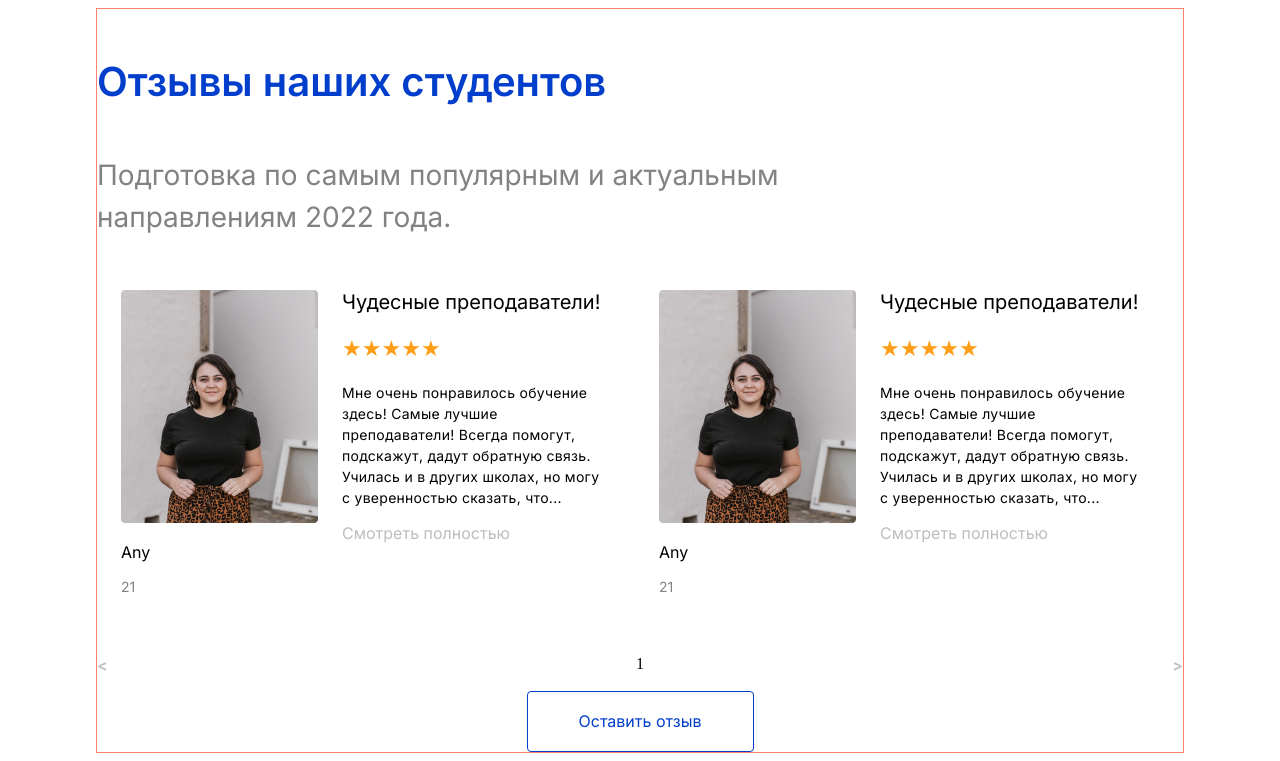
Repository: Malvuna/Studi
Page: index.html
These files come from the project's save history. The page is drawn as it stood at one moment and after a run of saves; the edit follows.
The browser window is 1280 px wide. The pictures show the whole page.

Above is the page before, as saved 2022-07-11 18:08:23.

### index.html

<!DOCTYPE html>
<html lang="en">
  <head>
    <meta charset="UTF-8" />
    <meta http-equiv="X-UA-Compatible" content="IE=edge" />
    <meta name="viewport" content="width=device-width, initial-scale=1.0" />
    <link rel="stylesheet" href="./css/style.css" />
    <link rel="preconnect" href="https://fonts.googleapis.com">
    <link rel="preconnect" href="https://fonts.gstatic.com" crossorigin>
    <link href="https://fonts.googleapis.com/css2?family=Caveat:wght@400;600;700&family=Inter:wght@400;600;700&display=swap" rel="stylesheet">
  <body>
    <header>
    </header>

    <main>
      <div id="container" class="container">

      <p class="h1">Отзывы наших студентов</p>
      <p class="head">Подготовка по самым популярным и актуальным </br> направлениям 2022 года.</p>
      <div id="divAllCard"> </div>
      <div id="navigator" class="navigator">
        <p class="arrow"><</p>
        <p>1</p>
        <p class="arrow">></p>
      </div>
      <button class="button">Оставить отзыв</button>

    </div>
    </main>


    <footer>

    </footer>

  </body>
  <script type="module" src="./javascript/javascript.js"></script>
</html>

### css/style.css
body {
  background-color: white;
}

.container {
  width: 1086px;
  border: 1px salmon solid;
  text-align: left;
  margin: 0 auto
}

.h1 {
  font-family: "Inter";
  font-style: normal;
  font-weight: 600;
  font-size: 40px;
  line-height: 65px;
  color: #003ecb;
}

.head {
  font-family: "Inter";
  font-style: normal;
  font-weight: 400;
  font-size: 28px;
  line-height: 42px;
  color: #828282;
}

.divAllCard {
  display: flex;
}

.divOneCard {
  width: 490px;
  height: 325px;
  background-color: white;
  display: flex;
  padding: 24px 24px;
}

.textName {
  font-family: "Inter";
  font-style: normal;
  font-weight: 400;
  font-size: 16px;
  line-height: 19px;
  color: #000000;
}

.textAge {
  font-family: "Inter";
  font-style: normal;
  font-weight: 400;
  font-size: 14px;
  line-height: 17px;
  color: #828282;
}

.cardRight {
  padding-left: 24px;
}


.textHead {
  font-family: "Inter";
  font-style: normal;
  font-weight: 500;
  font-size: 20px;
  line-height: 24px;
  color: #000000;
  margin-top: 0;
}

.textStar {
  font-family: "Inter";
  font-style: normal;
  font-weight: 500;
  font-size: 22px;
  line-height: 24px;
  color: #fe9d17;
}

.textText {
  font-family: "Inter";
  font-style: normal;
  font-weight: 400;
  font-size: 14px;
  line-height: 21px;
  letter-spacing: 0.02em;
  color: #000000;
}

.textAll {
  font-family: "Inter";
  font-style: normal;
  font-weight: 400;
  font-size: 16px;
  line-height: 19px;
  color: #bdbdbd;
}

.navigator{
    display: flex;
    justify-content: space-between;
}

.arrow {
    font-family: "Inter";
  font-style: normal;
  font-weight: 600;
  font-size: 16px;
  color: #bdbdbd;
}

.button {
  width: 227px;
  height: 61px;

  background: #ffffff;
  border: 1px solid #003ecb;
  border-radius: 4px;

  font-family: "Inter";
  font-style: normal;
  font-weight: 500;
  font-size: 16px;
  line-height: 45px;
  color: #003ecb;

  margin: 0 auto;
  display: block;
}

### javascript/javascript.js
//Общий контейнер
let container = document.querySelector("#container");

//див с карточками
let divAllCard = document.querySelector("#divAllCard");
divAllCard.className = "divAllCard";

//див одной карточки
let divOneCard = document.createElement("div");
divOneCard.className = "divOneCard";
divAllCard.append(divOneCard);


//карточка левый блок
let cardLeft = document.createElement("div");
divOneCard.append(cardLeft);

let cardImg = document.createElement("img");
cardImg.src = "/img/Photo.jpg"
cardLeft.append(cardImg);

let textName = document.createElement("p");
textName.innerHTML = "Any";
textName.className = "textName";
cardLeft.append(textName);

let textAge = document.createElement("p");
textAge.innerHTML = "21";
textAge.className = "textAge";
cardLeft.append(textAge);

//карточка парвый блок
let cardRight = document.createElement("div");
cardRight.className = "cardRight";
divOneCard.append(cardRight);

let textHead = document.createElement("p");
textHead.innerHTML = "Чудесные преподаватели!";
textHead.className = "textHead";
cardRight.append(textHead);

let textStar = document.createElement("p");
textStar.innerHTML = "★★★★★";
textStar.className = "textStar";
cardRight.append(textStar);

let textText = document.createElement("p");
textText.innerHTML = "Мне очень понравилось  обучение здесь! Самые лучшие преподаватели! Всегда помогут, подскажут, дадут обратную связь. Училась и в других школах, но могу с уверенностью сказать, что...";
textText.className = "textText";
cardRight.append(textText);

let textAll = document.createElement("p");
textAll.innerHTML = "Смотреть полностью";
textAll.className = "textAll";
cardRight.append(textAll);


// вторая карточка
var divTwoCard = divOneCard.cloneNode(true);
divAllCard.append(divTwoCard);

After the next 3 saves:
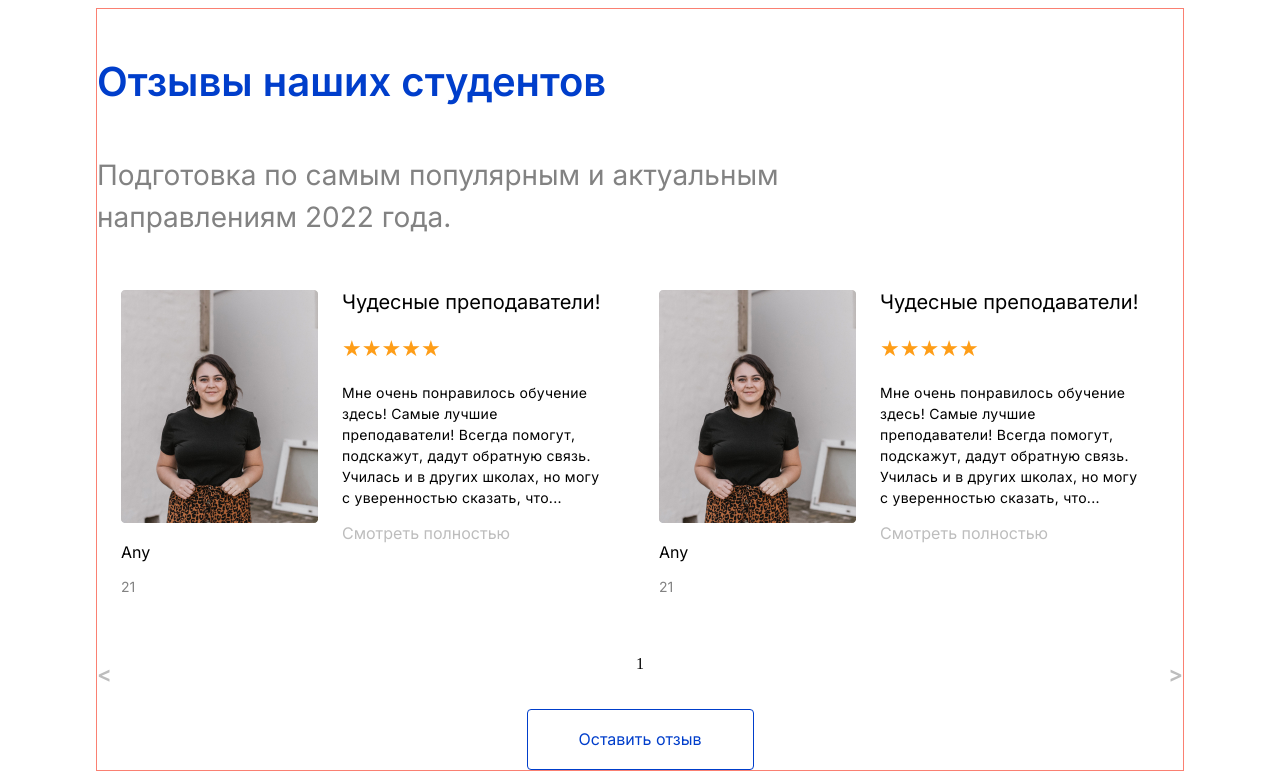
The 3 saves are shown as one change because they came seconds apart.
The last was saved 15 s later.
--- a/css/style.css
+++ b/css/style.css
@@ -109,7 +109,7 @@ body {
     font-family: "Inter";
   font-style: normal;
   font-weight: 600;
-  font-size: 16px;
+  font-size: 22px;
   color: #bdbdbd;
 }
 
